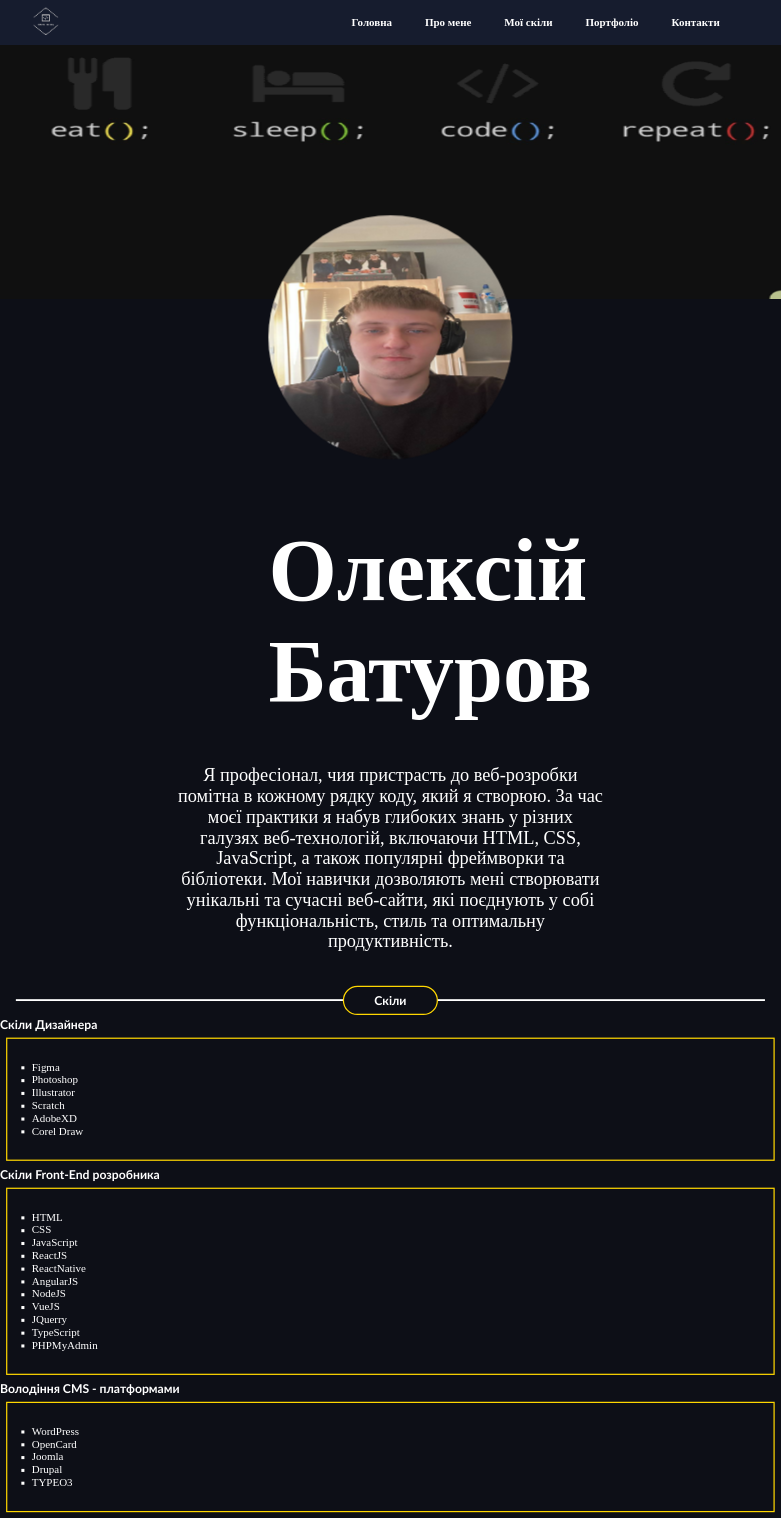
Repository: qtqqrdy13/cv-2
Page: index.html
An editor plug-in stored every save of this project. The page is shown before and after the next save, followed by the edit.
The browser window is 1280 px wide. The pictures show the whole page, at 61% of full size.

Above is the page before, as saved 2023-10-04 21:55:32.

After the next save:
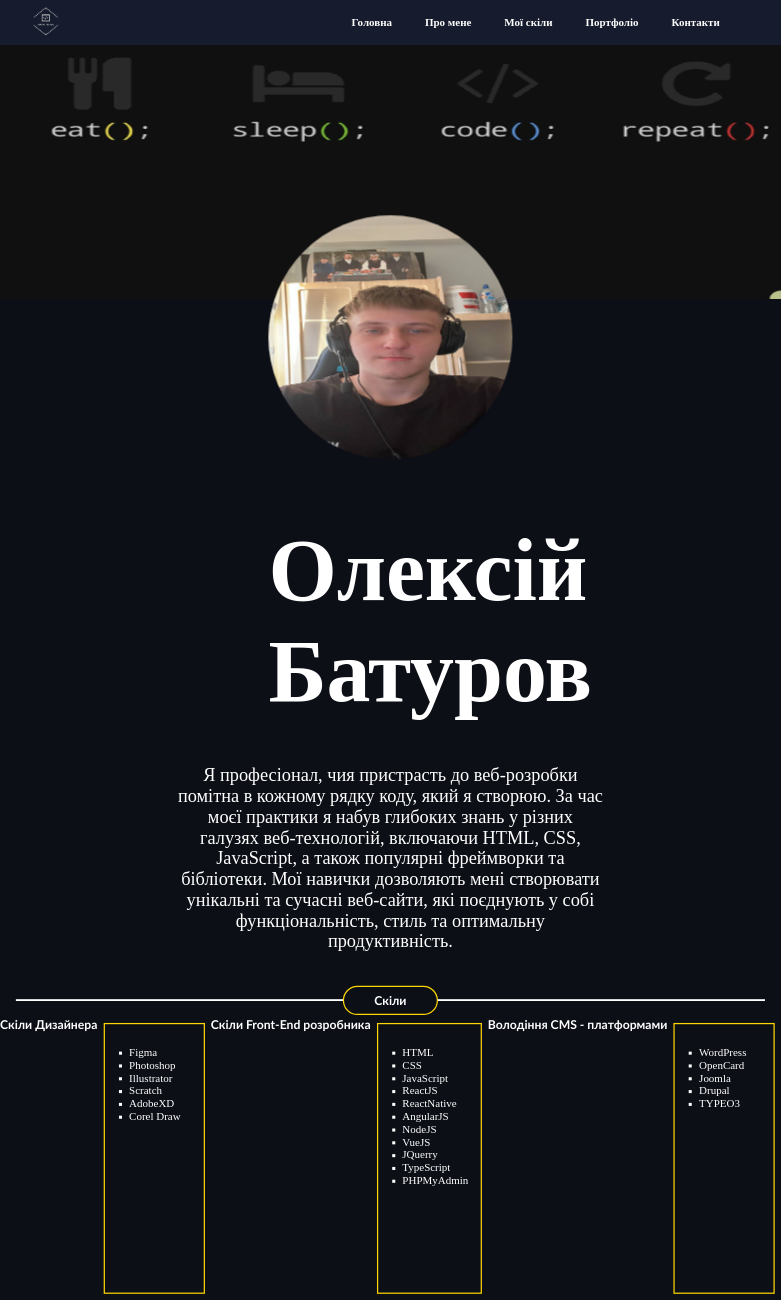
Saved 2 min 30 s later.
--- a/index.html
+++ b/index.html
@@ -52,6 +52,7 @@
             </h2>
         </div>
     </div>
+    <div class="container">
     <h2>Скіли Дизайнера</h2>
    <div class="block">
 
@@ -98,6 +99,6 @@
         </ul>
     </div>
    </div>
-
+</div>
 </body>
 </html>
--- a/main.css
+++ b/main.css
@@ -219,11 +219,18 @@ nav a:hover {
         opacity: 1;
     }
 }
+.container{
+    display: flex;
+    justify-content: space-between;
+}
 .block{
     border:2px solid gold;
     margin:10px;
     padding:20px;
     animation: fade-in  1s ease-in-out;
+    width: 400px;
+    height: 400px;
+    flex:1;
 }
  h2{
     font-size: 20px;
